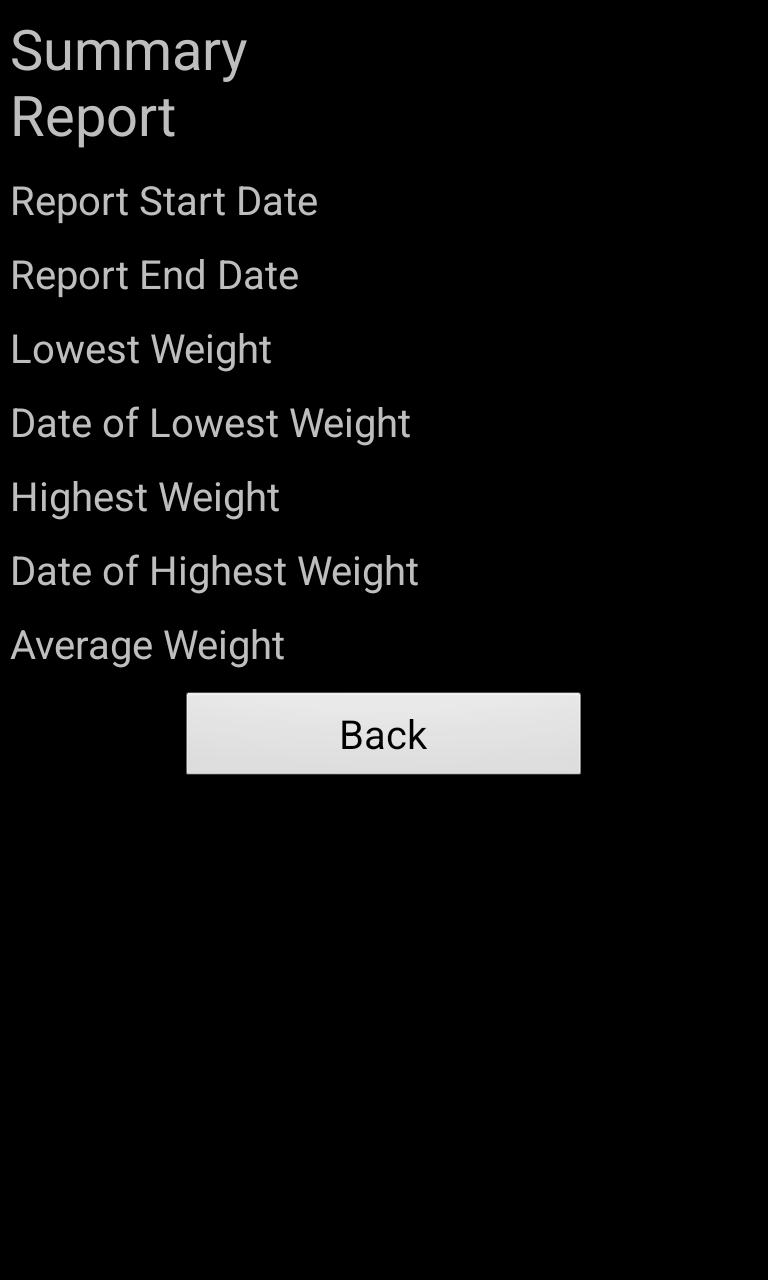
Repository: dillonyoung/CPD4493
Layout: TraCare/res/layout/report.xml
The author's editor kept a copy of each file at every save. The layout is drawn from the files as they stood at one save, then again after the next save.
It is drawn on a 768 x 1280 px phone screen (xhdpi) without system bars, with theme android:Theme.Black; the app's code is not run.

Above is the layout before, as saved 2013-04-10 23:31:30.

After the next save:
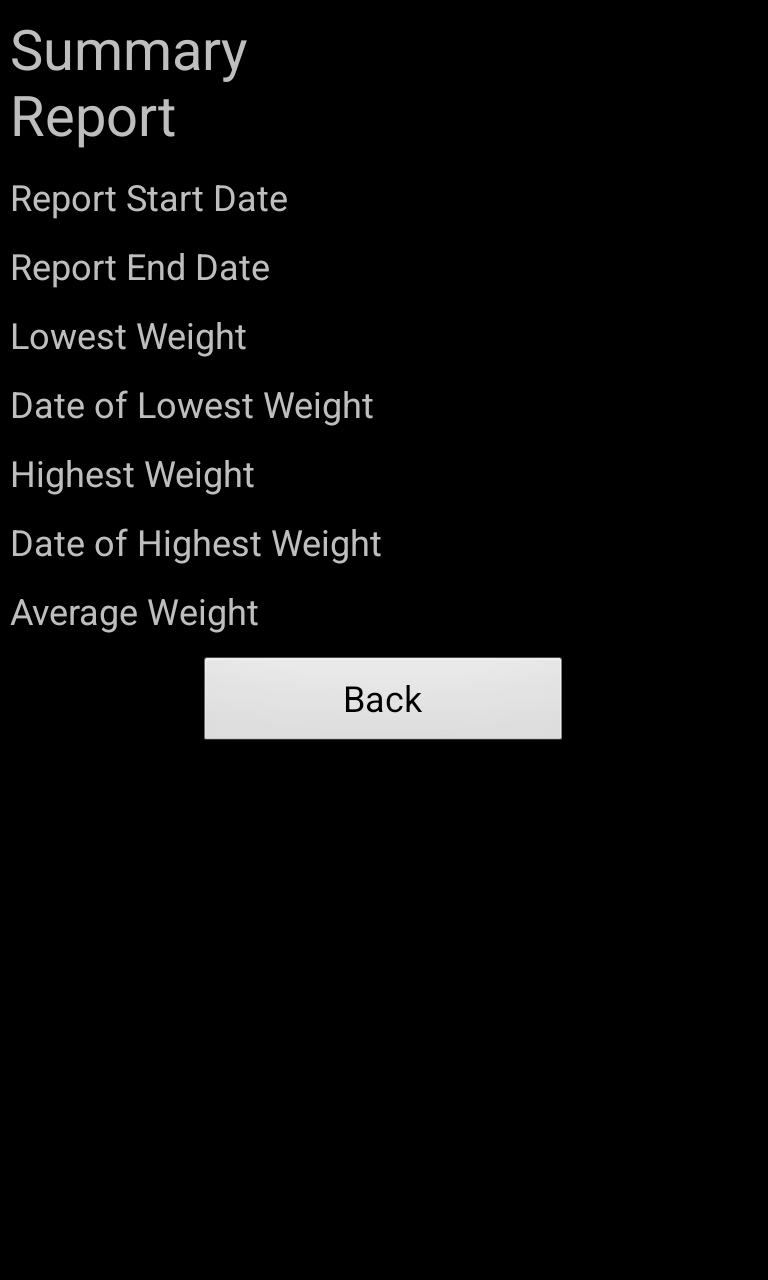
Saved 64 s later.
--- a/TraCare/res/values/styles.xml
+++ b/TraCare/res/values/styles.xml
@@ -17,16 +17,16 @@
         <!-- All customizations that are NOT specific to a particular API-level can go here. -->
     </style>
     <style name="label">
-        <item name="android:textSize">20sp</item>
+        <item name="android:textSize">18sp</item>
     </style>
     <style name="heading">
         <item name="android:textSize">28sp</item>
     </style>
     <style name="button">
-        <item name="android:textSize">20sp</item>
+        <item name="android:textSize">18sp</item>
     </style>
     <style name="value">
-        <item name="android:textSize">20sp</item>
+        <item name="android:textSize">18sp</item>
     </style>
 
 
